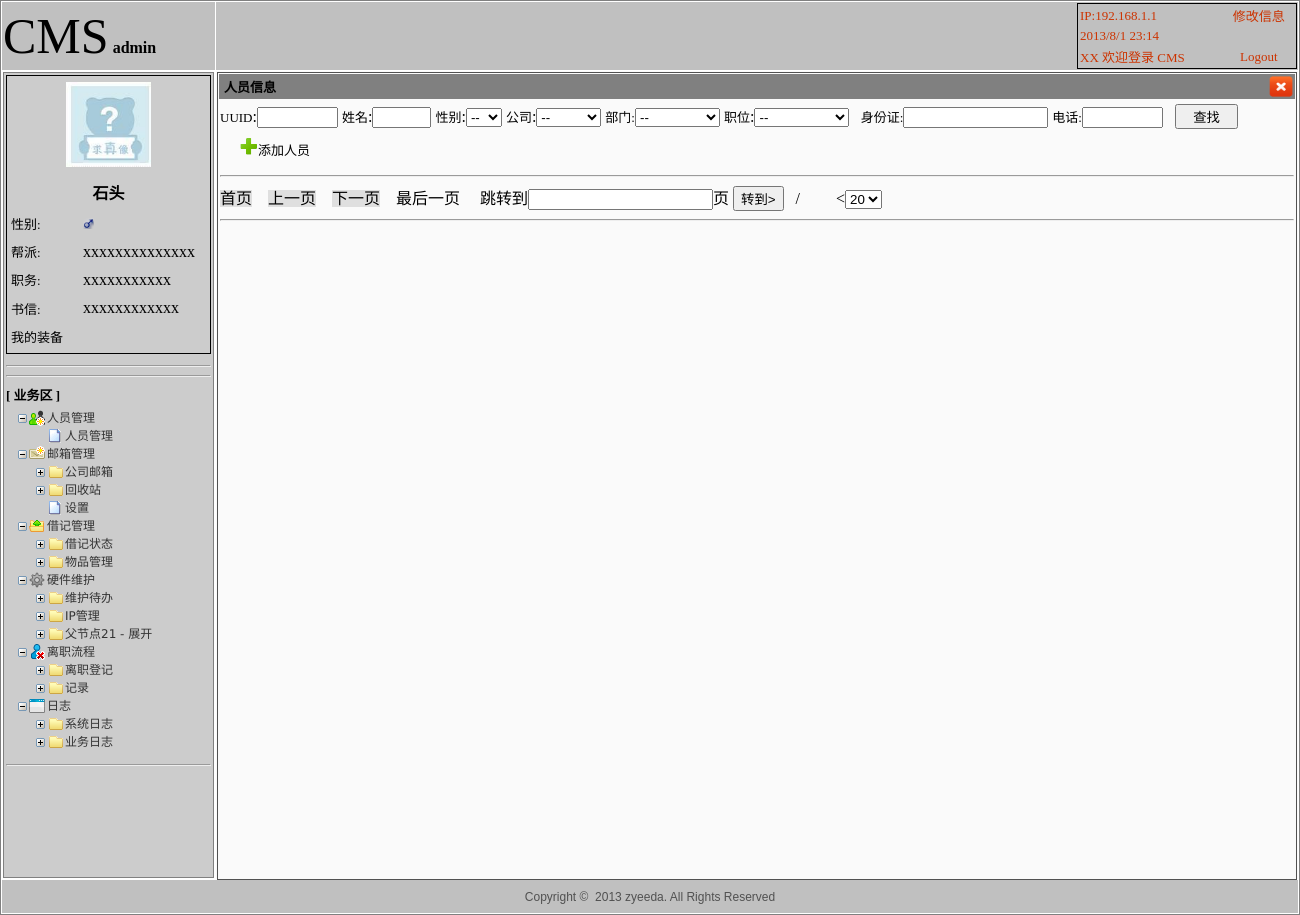
Repository: 728064001/MyProject
Page: http://localhost/CMS/admin.jsp
An editor plug-in stored every save of this project. The page is shown before and after the next save, followed by the edit.
The browser window is 1280 px wide. The page is 1300 px wide, so the pictures cover 1300 px, including what lies to the right of the window. The pictures show the whole page.
The page is served by Tomcat 9. Queries for data that is not in the repository find no rows.

Above is the page before, as saved 2013-08-08 08:38:24.

After the next save:
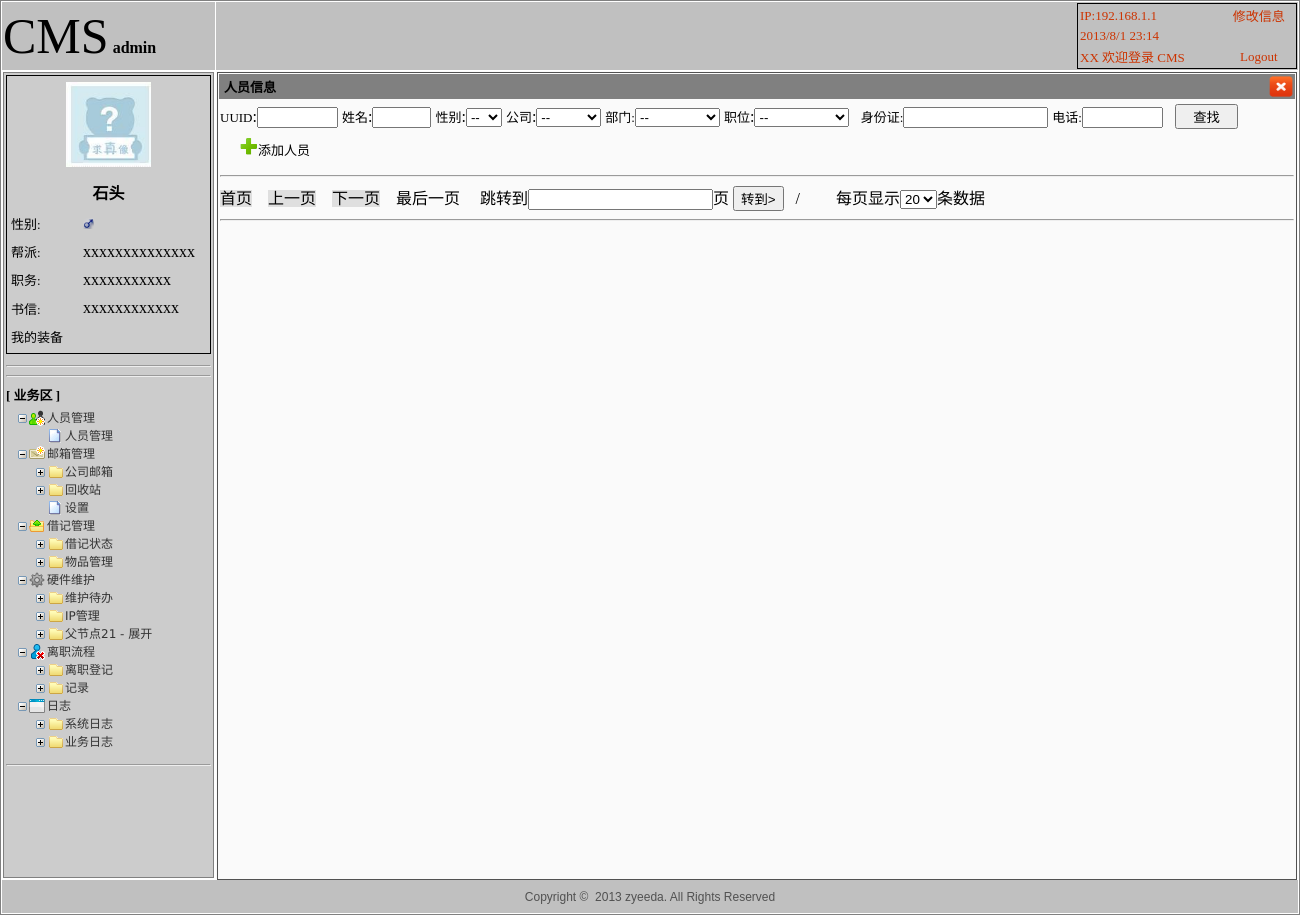
Saved 59 s later.
--- a/cms-server-code/CMS/WebRoot/admin.jsp
+++ b/cms-server-code/CMS/WebRoot/admin.jsp
@@ -146,7 +146,7 @@ String basePath = request.getScheme()+"://"+request.getServerName()+":"+request.
 					<div id="personinfotable"></div>
 						<span id="f" ><a id='mainpa'>首页</a>&nbsp;&nbsp;&nbsp;&nbsp;<a id='uppa'>上一页</a>&nbsp;&nbsp;&nbsp;&nbsp;<a id='downpa'>下一页</a>&nbsp;&nbsp;&nbsp;&nbsp;<a id='lastpa'>最后一页</a>&nbsp;&nbsp;&nbsp;&nbsp;
 						跳转到<input type="text" width="80px" />页&nbsp;<input type="button" value="转到>"/>
-						</span><span id="dqpages"></span>&nbsp;&nbsp;/&nbsp;&nbsp;<span id="zpages"></span>&nbsp;&nbsp;&nbsp;&nbsp;<span id="countrow"></span>&nbsp;&nbsp;&nbsp;<<select id="eachpr"><option value="20">20</option><option value="30">30</option><option value="40"></option></select><hr/>
+						</span><span id="dqpages"></span>&nbsp;&nbsp;/&nbsp;&nbsp;<span id="zpages"></span>&nbsp;&nbsp;&nbsp;&nbsp;<span id="countrow"></span>&nbsp;&nbsp;&nbsp;每页显示<select id="eachpr"><option value="20">20</option><option value="30">30</option><option value="40">40</option></select>条数据<hr/>
 					<!--根据ajax 返回的数据动态创建表格 ----------------------------------->
 					</td>
 				</tr>
